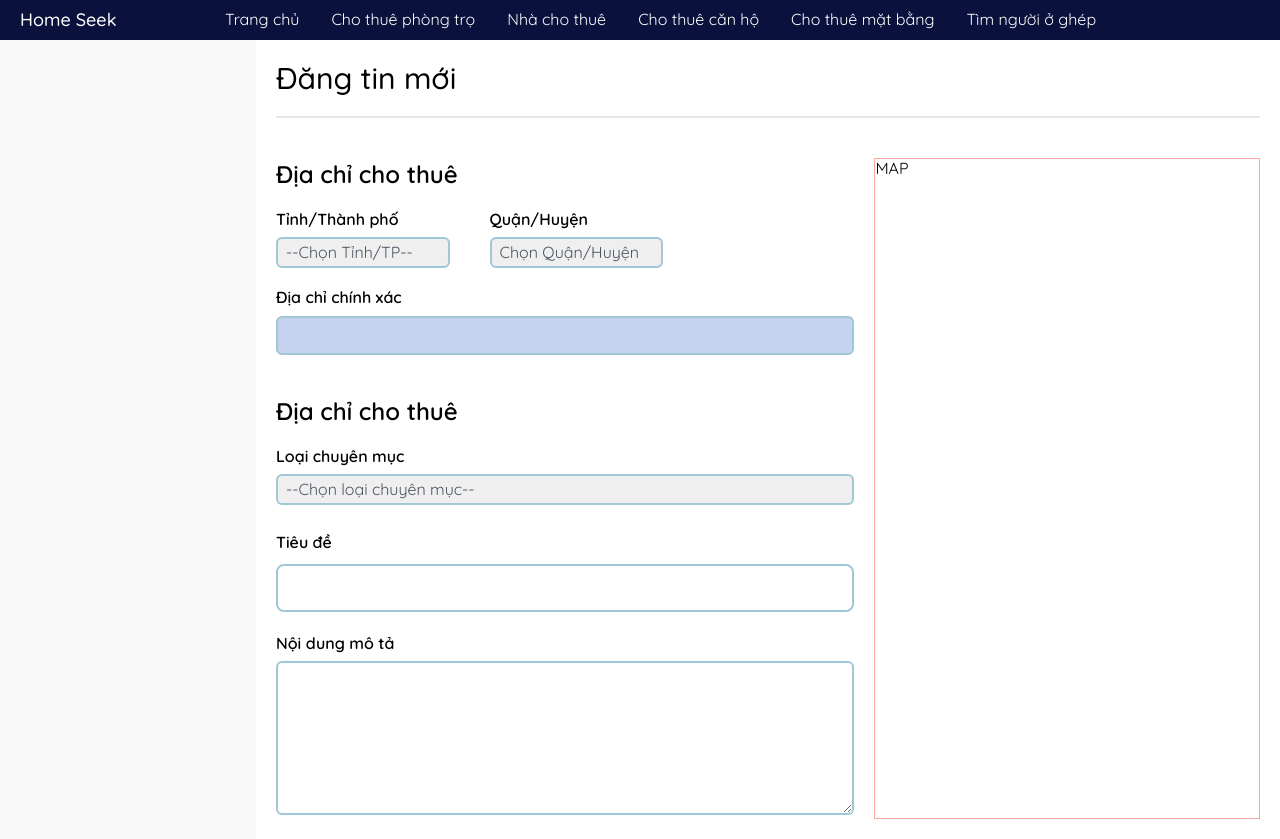
Repository: ajincome26/homeseek
Page: /create (app in client/)
An editor plug-in stored every save of this project. The page is shown before and after the next save, followed by the edit.
The browser window is 1280 px wide. The pictures show the whole page.
The page's requests for data from a server got no answer. The project was rebuilt for these pictures with package versions that can differ from the ones it lists, and the page was loaded fresh each time. Some packages were replaced by stand-ins written for this rebuild. No one was signed in, and anything a server would have sent is missing. Also part of the build but not shown: client/vite.config.ts, client/src/components/Footer/Footer.tsx, client/src/components/Button/Button.tsx, client/src/components/Button/index.ts, client/src/utils/utils.tsx, client/src/components/MainHeader/components/User.tsx, client/src/components/Popover/Popover.tsx, client/src/components/Popover/index.ts and 16 more.

Above is the page before, as saved 2024-01-10 05:02:45.

After the next save:
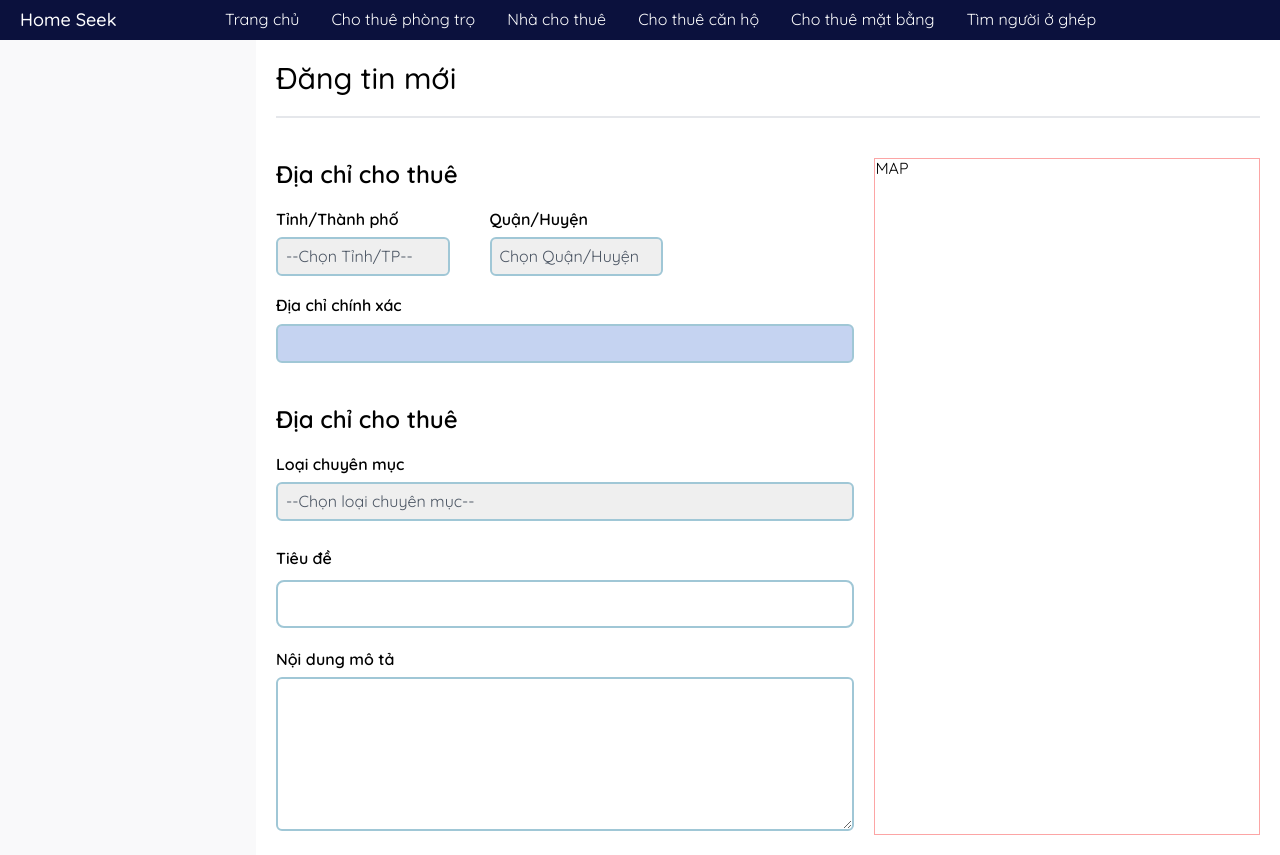
Saved 27 s later.
--- a/client/src/components/Select/Select.tsx
+++ b/client/src/components/Select/Select.tsx
@@ -22,7 +22,7 @@ const Select = ({ type, provinces, districts, categories, value, setValue, label
       </label>
       <select
         className={classNames(
-          'px-2 py-1 text-gray-600 border-[2px] border-[#a0c7d6] rounded-md outline-none cursor-pointer hover:border-[#4b5fc2] cr-transition'
+          'px-2 py-2 text-gray-600 border-[2px] border-[#a0c7d6] rounded-md outline-none cursor-pointer hover:border-[#4b5fc2] cr-transition'
         )}
         value={value}
         onChange={(e) => setValue(e.target.value)} // value của select là value của option (ở đây là province_id)
